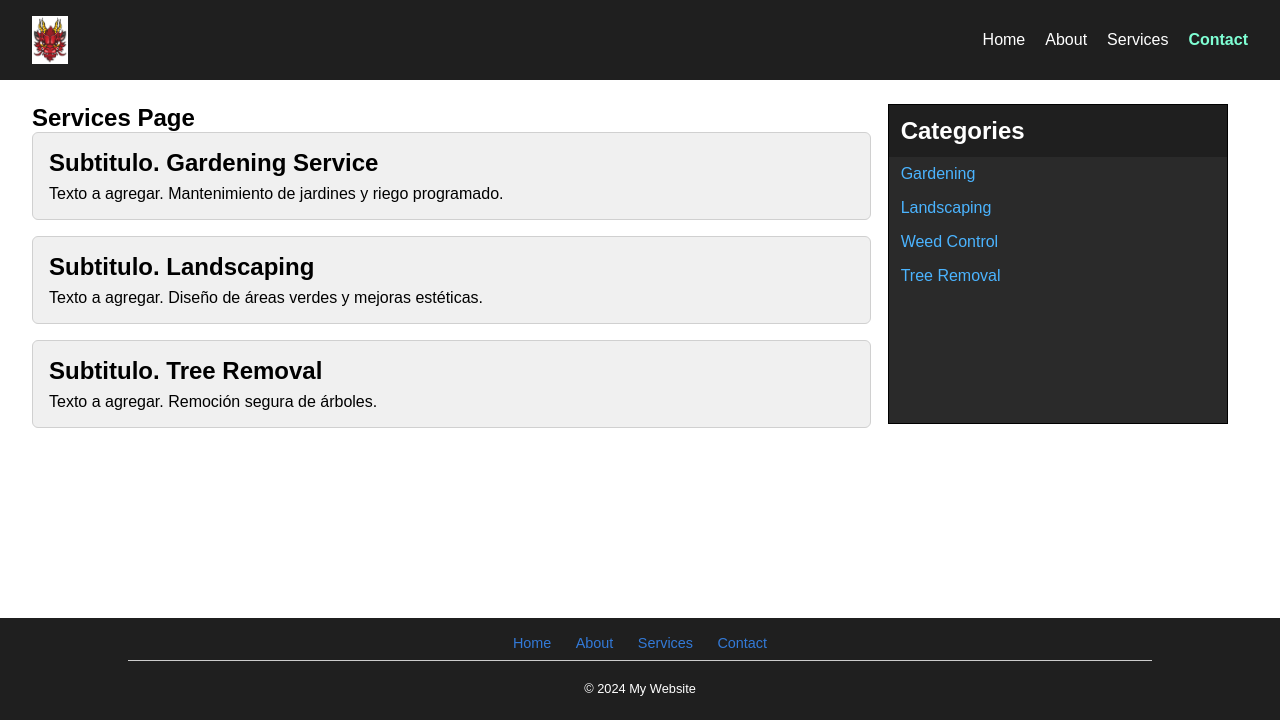
Repository: andreamm-lab/basic-navigation-example-2025-10
Page: pages/contact.html
An editor plug-in stored every save of this project. The page is shown before and after the next save, followed by the edit.
The browser window is 1280 px wide. The pictures show the whole page.

Above is the page before, as saved 2025-11-06 20:37:03.

### pages/contact.html
<!DOCTYPE html>
<html lang="en">
<head>
    <meta charset="UTF-8">
    <meta name="viewport" content="width=device-width, initial-scale=1.0">
    <title>Services Page</title>
    <link rel="stylesheet" href="../main.css">
</head>
<body>
    <header>
        <!-- Primary navigation -->
        <nav aria-label="Primary navigation">
            <a href="../index.html">
                <img src="../images/dragon.png" alt="Dragon logo">
            </a>
            <ul>
                <li><a href="../index.html">Home</a></li>
                <li><a href="about.html">About</a></li>
                <li><a href="services.html">Services</a></li>
                <li><a href="#" class="current">Contact</a></li>
            </ul>
        </nav>
    </header>

    <main class="page">
        <section class="main-content">
            <h1>Services Page</h1>

            <article class="card">
                <h2>Subtitulo. Gardening Service</h2>
                <p>Texto a agregar. Mantenimiento de jardines y riego programado.</p>
            </article>

            <article class="card">
                <h2>Subtitulo. Landscaping</h2>
                <p>Texto a agregar. Diseño de áreas verdes y mejoras estéticas.</p>
            </article>

            <article class="card">
                <h2>Subtitulo. Tree Removal</h2>
                <p>Texto a agregar. Remoción segura de árboles.</p>
            </article>
        </section>

        <!-- Secondary navigation ONLY in Services -->
        <aside class="side-nav" aria-label="Services categories">
            <h2>Categories</h2>
            <ul>
                <li><a href="#">Gardening</a></li>
                <li><a href="#">Landscaping</a></li>
                <li><a href="#">Weed Control</a></li>
                <li><a href="#">Tree Removal</a></li>
            </ul>
        </aside>
    </main>

    <footer id="main-footer">
        <nav aria-label="Footer navigation">
            <ul>
                <li><a href="../index.html">Home</a></li>
                <li><a href="about.html">About</a></li>
                <li><a href="services.html">Services</a></li>
                <li><a href="contact.html">Contact</a></li>
            </ul>
        </nav>
        <hr class="footer-line">
        <p>© 2024 My Website</p>
    </footer>
</body>
</html>

### main.css
/* 1.---------------------- General ---------------------- */

* {
    Box-sizing: border-box;
    Margin: 0;
    Padding: 0;
}

Body {
    Font-family: Arial, Helvetica, sans-serif;
    Background-color: #ffffff;
    Color: #000;
    Min-height: 100vh;
    Display: flex;
    Flex-direction: column;
}

Main {
    Flex: 1;
}

/* 2.---------------------- Header ---------------------- */

/* header nav: logo + menú */
Header nav {
    Padding: 10px 32px;
    Min-height: 80px;
    Background-color: #1F1F1F;
    Display: flex;
    Align-items: center;         /* centra verticalmente */
    Justify-content: space-between;
}

Header nav img {
    Max-height: 48px;
    Background-color: white;
    Display: inline-block;
    Vertical-align: middle;
}

Header nav ul {
    List-style: none;
    Display: flex;
    Gap: 20px;
}

Header nav ul li a {
    Text-decoration: none;
    Color: white;
}

Header nav ul li a.current {
    Color: aquamarine;
    Font-weight: bold;
}

Header nav ul li a:hover {
    Color: rgb(92, 229, 0);
}

/* 3.---------------------- Home / main content ---------------------- */

Main {
    Display: block;
    Padding: 24px 32px;
}

#page-title {
    Font-size: 2rem;
    Text-align: center;
    Margin-bottom: 24px;
}

.card-grid {
    Display: block;
}

.card {
    Background-color: #f0f0f0;
    Border: 1px solid #d0d0d0;
    Border-radius: 6px;
    Padding: 16px;
    Margin-bottom: 16px;
}

.card h2 {
    Margin-bottom: 8px;
}

/* 4.---------------------- Services layout ---------------------- */

.page {
    Display: block;
}

.main-content {
    Display: inline-block;
    Width: 69%;
    Vertical-align: top;
}

.side-nav {
    Display: inline-block;
    Width: 28%;
    Background-color: #2a2a2a;
    Color: #fff;
    Margin-left: 1%;
    Padding: 0;                 /* sin espacio interno general */
    Min-height: 320px;
    Border: 1px solid #000;
    Box-sizing: border-box;
}

.side-nav h2 {
    Background-color: #1f1f1f;
    Margin: 0;
    Padding: 12px;
}

.side-nav ul {
    List-style: none;
    Margin: 0;
    Padding: 0;
}

.side-nav ul li {
    Margin: 0;
    Padding: 8px 12px;
    Display: block;
}

.side-nav ul li a {
    Color: #4bb4ff;
    Text-decoration: none;
    Display: inline-block;
    Width: 100%;
}

.side-nav ul li a:hover {
    Text-decoration: underline;
    Background-color: #1f1f1f;
}

/* 5.---------------------- Footer ---------------------- */

#main-footer {
    Background-color: #1F1F1F;
    Color: #ffffff;
    Text-align: center;
    Padding: 16px 0 24px;
    Margin: 0;
    Width: 100%;
}

#main-footer nav {
    Background: none;
    Padding: 0;
    Margin: 0 auto;
}

#main-footer nav ul {
    Display: inline-block;
    List-style: none;
    Margin: 0;
    Padding: 0;
}

#main-footer nav ul li {
    Display: inline-block;
    Margin: 0 10px;
}

#main-footer nav ul li a {
    Color: rgb(51, 122, 216);
    Text-decoration: none;
    Font-size: 0.9rem;
}

.footer-line {
    Border: none;
    Border-top: 1px solid #ccc;
    Width: 80%;
    Margin: 8px auto 12px;
}

#main-footer p {
    Font-size: 0.8rem;
    Margin: 0;
    Padding-top: 8px;
}

After the next save:
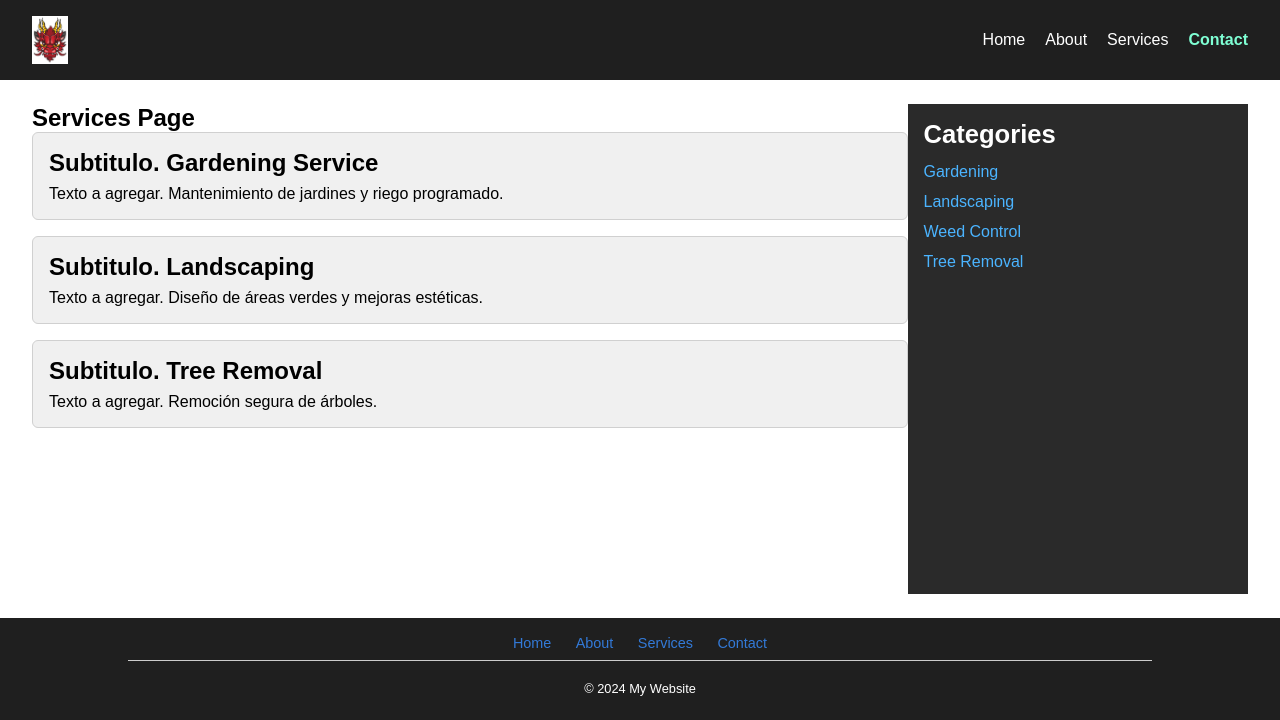
Saved 6 min 35 s later.
--- a/main.css
+++ b/main.css
@@ -21,14 +21,14 @@ Main {
 
 /* 2.---------------------- Header ---------------------- */
 
-/* header nav: logo + menú */
+/* Header navigation: logo + menú */
 Header nav {
     Padding: 10px 32px;
     Min-height: 80px;
     Background-color: #1F1F1F;
     Display: flex;
     Align-items: center;         /* centra verticalmente */
-    Justify-content: space-between;
+    Justify-content: space-between; /* separa logo y menú */
 }
 
 Header nav img {
@@ -58,7 +58,7 @@ Header nav ul li a:hover {
     Color: rgb(92, 229, 0);
 }
 
-/* 3.---------------------- Home / main content ---------------------- */
+/* 3.---------------------- Home / Main content ---------------------- */
 
 Main {
     Display: block;
@@ -89,44 +89,48 @@ Main {
 
 /* 4.---------------------- Services layout ---------------------- */
 
+/* Contenedor de toda la página */
 .page {
-    Display: block;
+    Display: flex;   /* lado a lado: contenido + aside */
+    Gap: 0;
 }
 
+/* Columna izquierda (contenido principal) */
 .main-content {
-    Display: inline-block;
-    Width: 69%;
+    Width: 72%;
     Vertical-align: top;
 }
 
+/* Columna derecha (aside) */
 .side-nav {
-    Display: inline-block;
     Width: 28%;
     Background-color: #2a2a2a;
     Color: #fff;
-    Margin-left: 1%;
-    Padding: 0;                 /* sin espacio interno general */
-    Min-height: 320px;
-    Border: 1px solid #000;
+    Margin: 0;            /* sin margen alrededor */
+    Padding: 0;           /* sin espacio interior general */
+    Border: none;         /* sin borde */
     Box-sizing: border-box;
+    Min-height: 100%;     /* ocupa todo el alto del contenedor */
 }
 
+/* Título dentro del aside */
 .side-nav h2 {
-    Background-color: #1f1f1f;
     Margin: 0;
-    Padding: 12px;
+    Padding: 16px 16px 8px;
+    Font-size: 1.6rem;
+    Font-weight: 700;
 }
 
+/* Lista del aside */
 .side-nav ul {
     List-style: none;
     Margin: 0;
-    Padding: 0;
+    Padding: 0 16px 16px;
 }
 
 .side-nav ul li {
     Margin: 0;
-    Padding: 8px 12px;
-    Display: block;
+    Padding: 6px 0;
 }
 
 .side-nav ul li a {
@@ -176,6 +180,7 @@ Main {
     Font-size: 0.9rem;
 }
 
+/* Línea gris */
 .footer-line {
     Border: none;
     Border-top: 1px solid #ccc;
@@ -183,6 +188,7 @@ Main {
     Margin: 8px auto 12px;
 }
 
+/* Texto © */
 #main-footer p {
     Font-size: 0.8rem;
     Margin: 0;
